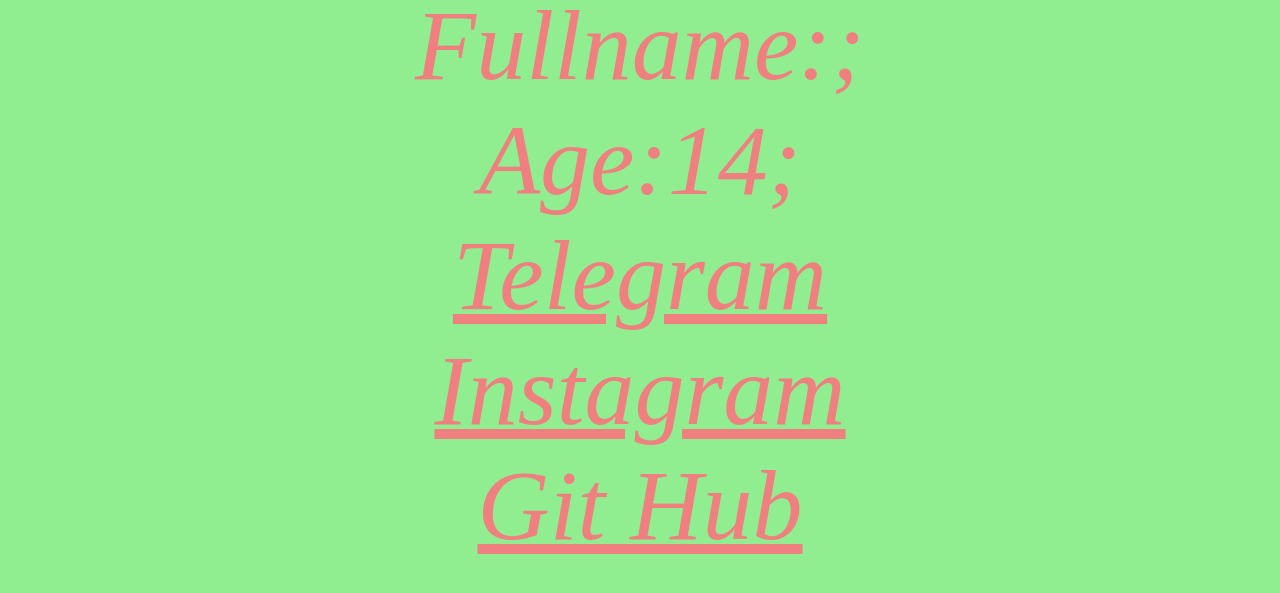
Repository: KHANas02/JS_first-lesson
Page: portfolio.html
These files come from the project's save history. The page is drawn as it stood at one moment and after a run of saves; the edit follows.
The browser window is 1280 px wide. The pictures show the whole page.

Above is the page before, as saved 2024-03-23 10:07:14.

### portfolio.html
<!DOCTYPE html>
<html lang="en">
  <head>
    <meta charset="UTF-8" />
    <meta name="viewport" content="width=device-width, initial-scale=1.0" />
    <title>About me</title>
    <link rel="stylesheet" href="./index.html" />
    <style>
      body {
        background-color: lightgreen;
        text-align: center;
        position: relative;
        bottom: 20px;
      }
      a:hover {
        scale: 125%;
      }
      em:hover {
        scale: 90%;
      }
      em {
        color: lightcoral;
        font-size: 100px;
        font-weight: 100px;
      }
      a {
        color: lightcoral;
        font-size: 100px;
        font-weight: 100px;
      }
    </style>
  </head>
  <body>
    <address>
      <em> Fullname:;</em>
      <br />
      <em> Age:14;</em><br />
      <a target="_blank" href="https://t.me/wzb_02">Telegram</a>
      <br />
      <a target="_blank" href="#">Instagram</a>
      <br />
      <a target="_blank" href="https://github.com/KHANas02">Git Hub</a>
    </address>
  </body>
</html>

### index.html
<!DOCTYPE html>
<html lang="en">
  <head>
    <meta charset="UTF-8" />
    <meta name="viewport" content="width=device-width, initial-scale=1.0" />
    <title>Market</title>
    <link rel="stylesheet" href="./style.css" />
  </head>
  <body>
    <video autoplay loop muted plays-inline class="background-video">
      <source
        src="https://github.com/ecemgo/mini-samples-great-tricks/assets/13468728/82f375e7-244f-4c21-90ac-9abd7549ed05"
        type="video/mp4"
      />
    </video>

    <input type="checkbox" id="check" />
    <label for="check" class="icons">
      <i class="bx bx-menu" id="menu-icon"></i>
      <i class="bx bx-x" id="close-icon"></i>
    </label>

    <nav class="navbar">
      <a target="_blank" href="#" class="nav-item" style="--i: 0">Home</a>
      <a target="_blank" href="#" class="nav-item" style="--i: 1">Book</a>
      <a target="_blank" href="#" class="nav-item" style="--i: 2">Favorites</a>
      <a target="_blank" href="#" class="nav-item" style="--i: 3">Contact</a>
      <a target="_blank" href="#" class="nav-item" style="--i: 4">About us</a>
      <a target="_blank" href="GIT.html" class="nav-item" style="--i: 5">GIT HUB</a>
      <a target="_blank" href="#" class="nav-item" style="--i: 6">Services</a>
      <a target="_blank" href="portfolio.html" class="nav-item" style="--i: 7"
        >Portfolio</a
      >
      <a target="_blank" href="sale.html" class="nav-item" style="--i: 6"
        >Sale</a
      >
      <a target="_blank" href="location.html" class="nav-item" style="--i: 6"
        >Our location</a
      >
      <a target="_blank" href="feedback.html" class="nav-item" style="--i: 8"
        >Feedback</a
      >
    </nav>

    <section class="content">
      <h1>Company</h1>
      <a href="#" class="btn light"></a>
    </section>

    <div class="container">
      <div class="card">
        <img src="photo_2024-02-25_17-26-45.jpg" />
        <div class="card__head">Costs:10.000 Sum</div>
      </div>
      <div class="card">
        <img src="photo_2024-02-26_21-07-56.jpg" />
        <div class="card__head">Costs:5.000 Sum</div>
      </div>

      <div class="card">
        <img src="photo_2024-02-26_21-07-54.jpg" />
        <div class="card__head">Costs:7.000 Sum</div>
      </div>

      <div class="card">
        <img src="photo_2024-03-22_22-08-20.jpg" />
        <div class="card__head">Costs:7.000 Sum</div>
      </div>
      <img class="card">
        <img src="photo_2024-03-22_22-21-49.jpg" />
        <div class="card__head">Costs:7.000 Sum</div>
      </img>
    </div>
  </body>
</html>

After the next 4 saves:
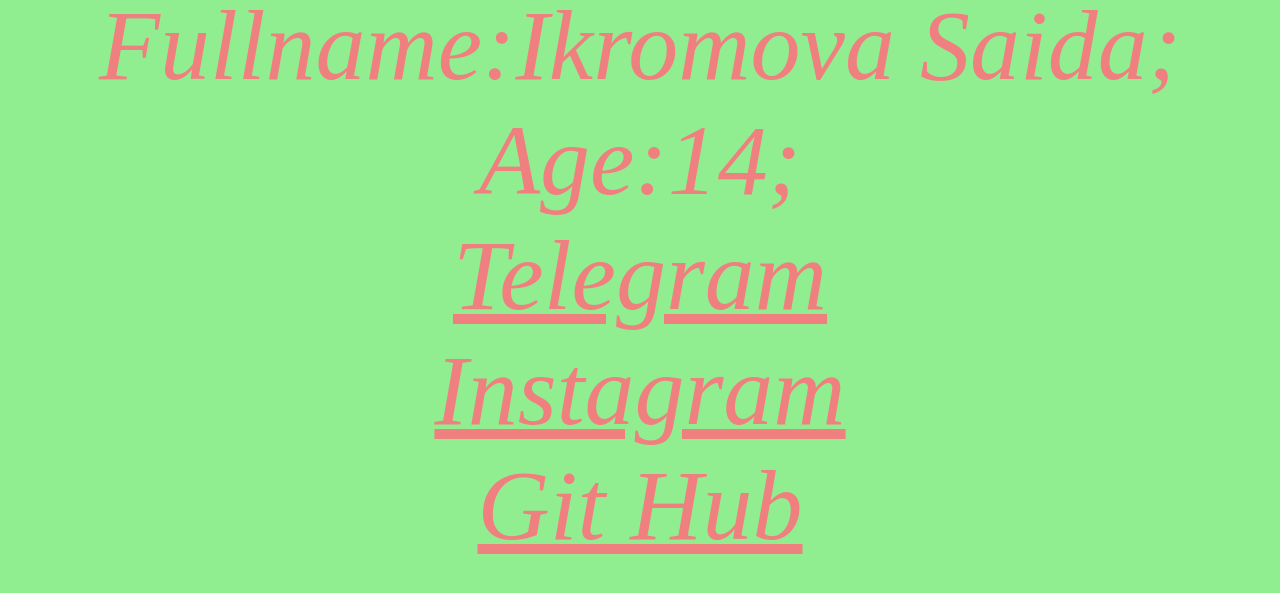
The 4 saves are shown as one change because they came seconds apart.
The last was saved 88 min 34 s later.
--- a/portfolio.html
+++ b/portfolio.html
@@ -32,7 +32,7 @@
   </head>
   <body>
     <address>
-      <em> Fullname:;</em>
+      <em> Fullname:Ikromova Saida;</em>
       <br />
       <em> Age:14;</em><br />
       <a target="_blank" href="https://t.me/wzb_02">Telegram</a>
